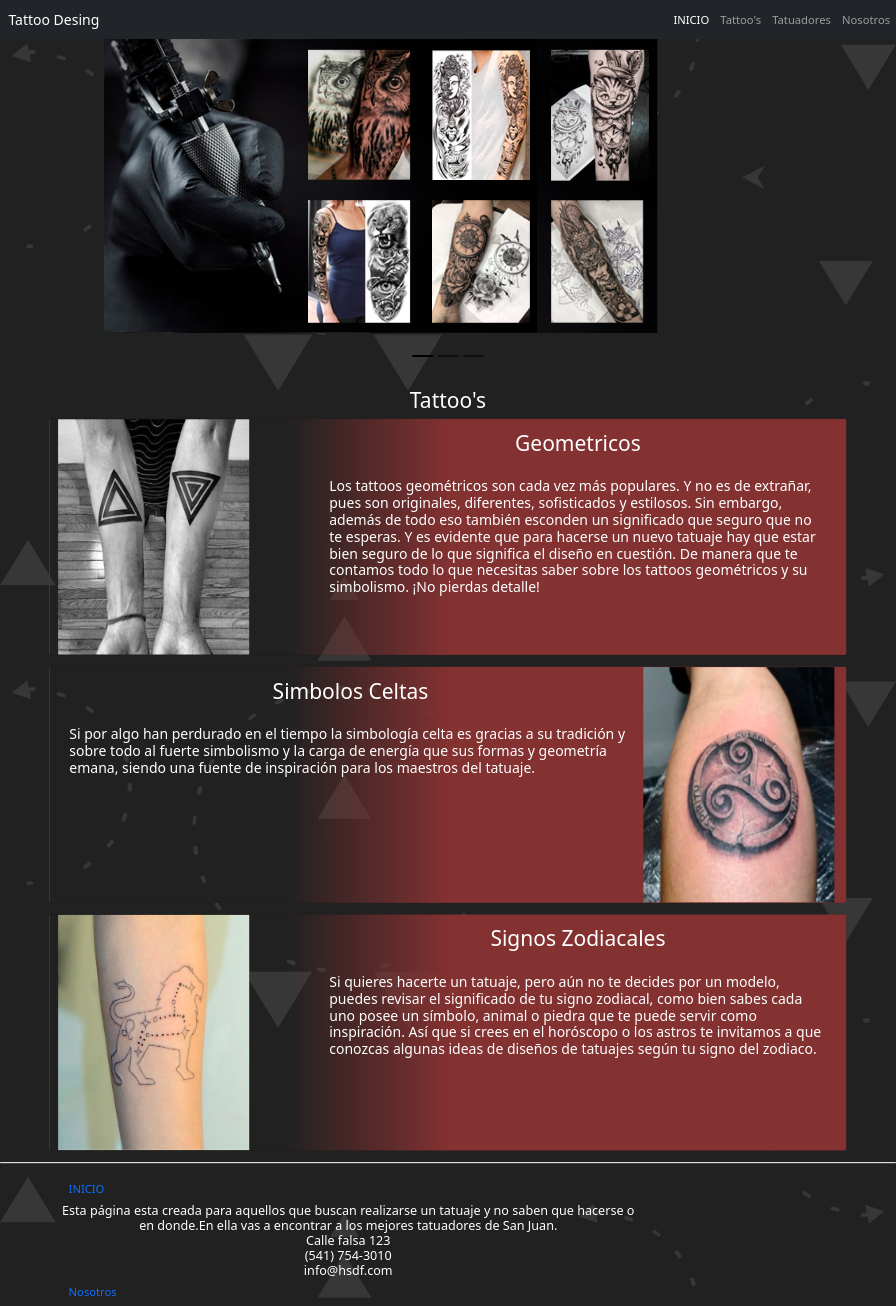
Repository: Vladimir-22/TatooDesign
Page: index.html
An editor plug-in stored every save of this project. The page is shown before and after the next save, followed by the edit.
The browser window is 1280 px wide. The pictures show the whole page, at 70% of full size.
Some web libraries are served in a nearby version.

Above is the page before, as saved 2021-05-19 21:40:39.

After the next save:
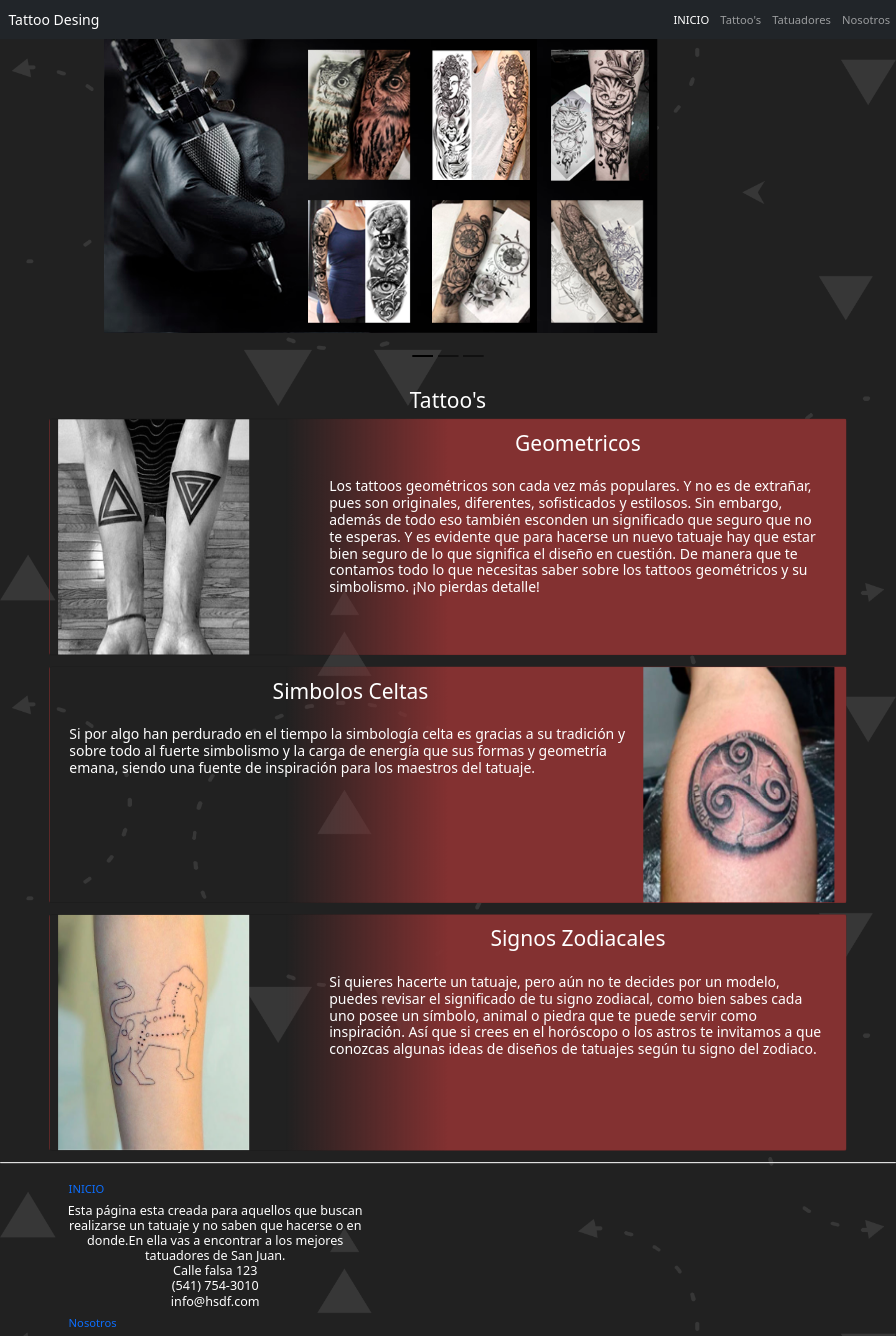
Saved 15 s later.
--- a/index.html
+++ b/index.html
@@ -275,7 +275,7 @@
                 </div>
             </div>
             <div class="row">
-                <div class="col-md-9 align-center">
+                <div class="col-md-5 align-center">
                     <h3 id="descrip-gral" class="card-text">
                         Esta página esta creada para aquellos que buscan realizarse un
                         tatuaje y no saben que hacerse o en donde.En ella vas a
